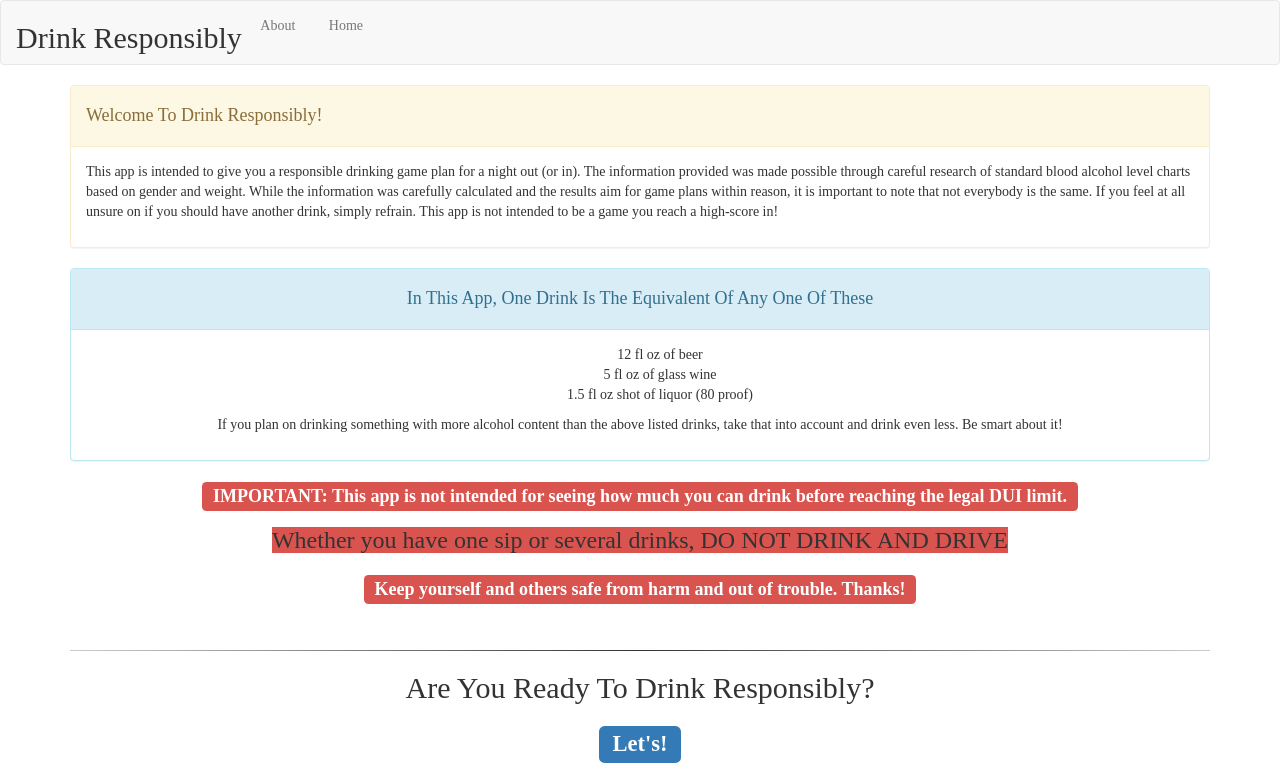
Repository: NatNat180/DrinkResponsibly
Page: http://localhost/DrinkResponsibly/
The author's editor kept a copy of each file at every save. The page is drawn from the files as they stood at one save, then again after the next save.
The browser window is 1280 px wide. The pictures show the whole page.
Some web fonts or font styles are not loaded; a fallback is used. The page is served by Tomcat 9. Other server files are loaded and not shown.

Above is the page before, as saved 2016-04-07 20:45:25.

### DrinkResponsibly/WebContent/WEB-INF/about.jsp
<%@ page language="java" contentType="text/html; charset=UTF-8"
    pageEncoding="ISO-8859-1"%>
<%@ taglib prefix="c" uri="http://java.sun.com/jsp/jstl/core" %>
<!DOCTYPE html>
<html lang="eng">
<head>
<meta http-equiv="Content-Type" content="text/html; charset=UTF-8">
<link rel="stylesheet" type="text/css" href="bootstrap/css/bootstrap.css"/>
<link rel="stylesheet" type="text/css" href="css/style.css"/>
<title>What Is Drink Responsibly?</title>
</head>
<body>
<c:import url="/WEB-INF/navigation.html"/>
<section class="container">

<div class="panel panel-warning">
<div class="panel-heading">
<h4>Welcome To Drink Responsibly!</h4>
</div>
<div class="panel-body">
	<p>This app is intended to give you a responsible drinking game plan for a night out
	(or in). The information provided was made possible through careful research of
	standard blood alcohol level charts based on gender and weight. While the
	information was carefully calculated and the results aim for game plans
	within reason, it is important to note that not everybody is the same.
	If you feel at all unsure on if you should have another drink, simply refrain.
	This app is not intended to be a game you reach a high-score in!</p>
</div>
</div>

<div class="center-text">

	<div class="panel panel-info">
	<div class="panel-heading">
	<h4>In This App, One Drink Is The Equivalent Of Any One Of These</h4>
	</div>
	<div class="panel-body">
		<ul>
			<li>12 fl oz of beer</li>
			<li>5 fl oz of glass wine</li>
			<li>1.5 fl oz shot of liquor (80 proof)</li>
		</ul>
	<p>If you plan on drinking something with more alcohol content than the above
	listed drinks, take that into account and drink even less. Be smart about it!</p>
	</div>
	</div>

	<h3><span class="label label-danger">IMPORTANT: This app is not intended for seeing how much you can drink before reaching the legal DUI limit.</span></h3>
	<h3><span class="labal label-danger">Whether you have one sip or several drinks, DO NOT DRINK AND DRIVE</span></h3>
	<h3><span class="label label-danger">Keep yourself and others safe from harm and out of trouble. Thanks!</span></h3>
	<br>
	<hr>

<h2>Are You Ready To Drink Responsibly?</h2>
	<h2><span class="label label-primary"><a href="form">Let's!</a></span></h2>

</div><!-- end text center -->

</section>
</body>
</html>

### DrinkResponsibly/WebContent/WEB-INF/navigation.html
<nav class="navbar navbar-default" role="navigation">
	<div class="container-fluid">
		<div class="navbar-header">
		  <h1 class="nav-title" style="font-size: 30px;">Drink Responsibly</h1>
		</div>
		<ul class="nav navbar-nav navbar-left">
			<li id="right"><a href="">&nbsp;About</a>
			<li id="right"><a href="form">&nbsp;Home</a>
		</ul>
	</div>
</nav>

### DrinkResponsibly/src/com/application/Home.java
package com.application;

import java.io.IOException;
import javax.servlet.ServletException;
import javax.servlet.annotation.WebServlet;
import javax.servlet.http.HttpServlet;
import javax.servlet.http.HttpServletRequest;
import javax.servlet.http.HttpServletResponse;

@WebServlet("")
public class Home extends HttpServlet {
	private static final long serialVersionUID = 1L;

    public Home() {
        super();

    }

	protected void doPost(HttpServletRequest request, HttpServletResponse response) throws ServletException, IOException {

		doGet(request, response);
	}

	protected void doGet(HttpServletRequest request, HttpServletResponse response) throws ServletException, IOException {

			request.getServletContext().getRequestDispatcher("/WEB-INF/about.jsp").forward(request, response);

	}

}

### DrinkResponsibly/WebContent/css/style.css
@import url(https://fonts.googleapis.com/css?family=Fjalla+One|Poiret+One|Bitter|Arvo|Amatic+SC:400,700);

/*
font-family: 'Fjalla One', sans-serif;
font-family: 'Poiret One', cursive;
font-family: 'Bitter', serif;
font-family: 'Arvo', serif;
font-family: 'Amatic SC', cursive;
*/

h1 {font-family: 'Poiret One', cursive;}
body {font-family: 'Arvo', serif;}
.center-text {text-align:center;}

ul {
	list-style-type: none;
}

.label a {
	color: white;
}

a:hover{
	text-decoration: none;
	color: #55555;
}

form p {
	margin-top: 5px;
	margin-bottom: 5px;
}

hr {
	border: 0;
	height: 1px;
	background: #333;
	background-image: linear-gradient(to right, #ccc, #333, #ccc);
}

Loaded but not shown: DrinkResponsibly/WebContent/bootstrap/css/bootstrap.css (library)

After the next save:
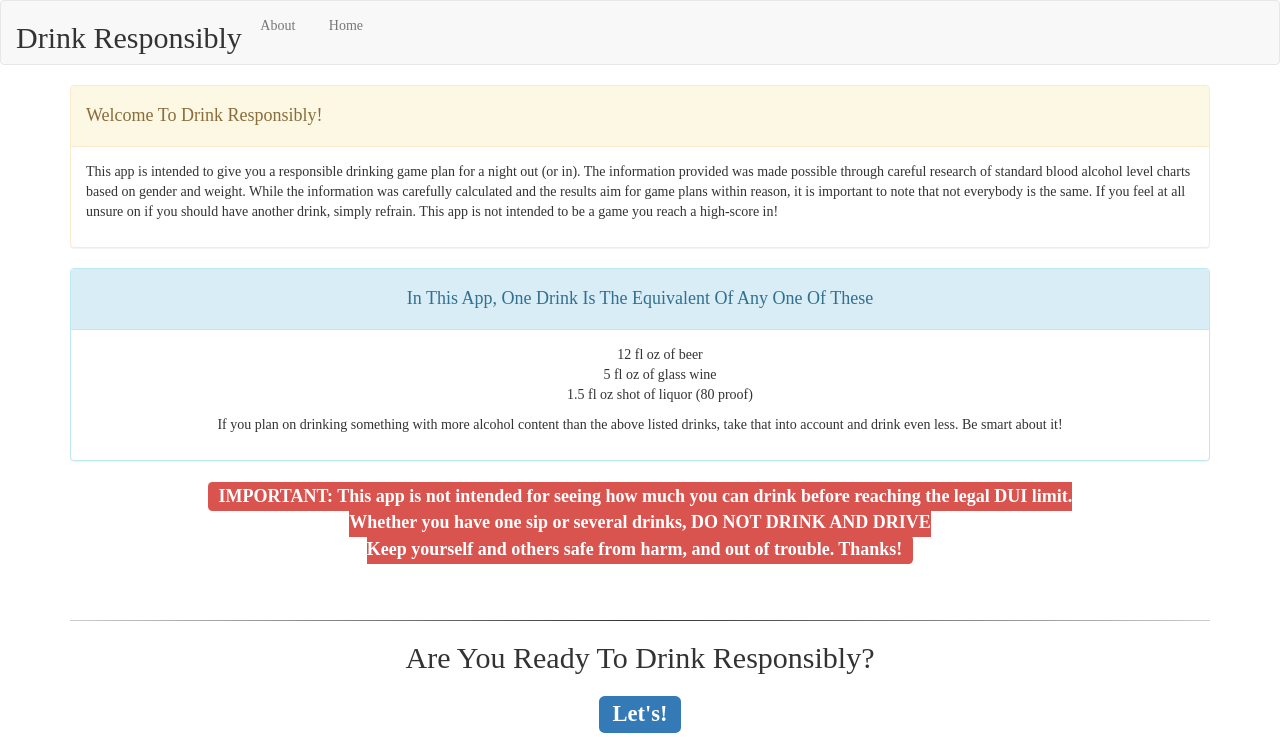
Saved 57 s later.
--- a/DrinkResponsibly/WebContent/WEB-INF/about.jsp
+++ b/DrinkResponsibly/WebContent/WEB-INF/about.jsp
@@ -45,9 +45,11 @@
 	</div>
 	</div>
 
-	<h3><span class="label label-danger">IMPORTANT: This app is not intended for seeing how much you can drink before reaching the legal DUI limit.</span></h3>
-	<h3><span class="labal label-danger">Whether you have one sip or several drinks, DO NOT DRINK AND DRIVE</span></h3>
-	<h3><span class="label label-danger">Keep yourself and others safe from harm and out of trouble. Thanks!</span></h3>
+	<h3><span class="label label-danger">IMPORTANT: This app is not intended for seeing how much you can drink before reaching the legal DUI limit.
+	<br>Whether you have one sip or several drinks, DO NOT DRINK AND DRIVE
+	<br>Keep yourself and others safe from harm, and out of trouble. Thanks!</span></h3>
+	<h3><span class="labal label-danger"></span></h3>
+	<h3><span class="label label-danger"></span></h3>
 	<br>
 	<hr>
 
